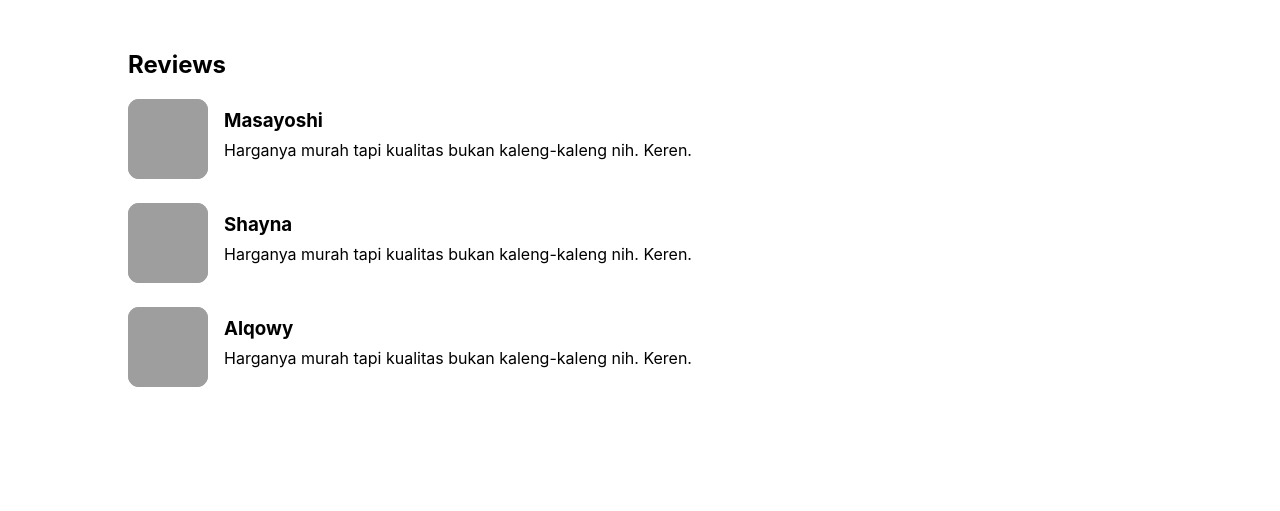
Repository: syawal2kalii/basic-react-2xp
Page: /
These files come from the project's save history. The page is drawn as it stood at one moment and after the next save; the edit follows.
The browser window is 1280 px wide. The pictures show the part of the page from y = 800 to 1311 px (the page is 1311 px tall).
Pictures or frames that could not be fetched are drawn as grey boxes. The project was rebuilt for these pictures with package versions that can differ from the ones it lists, and the page was loaded fresh each time.

Above is the page before, as saved 2020-06-17 23:29:20.

After the next save:
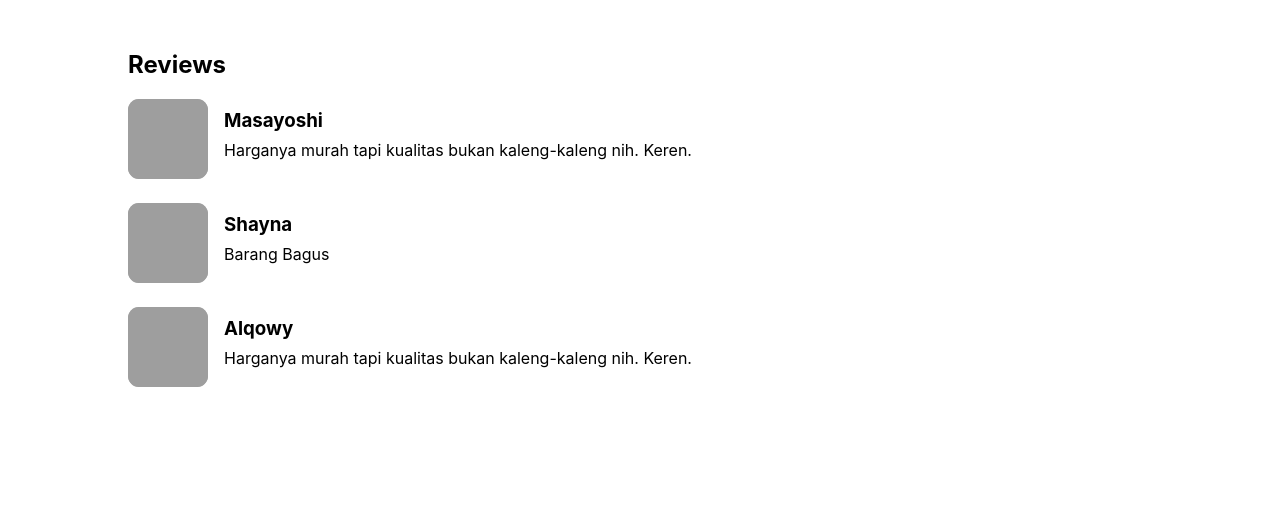
Saved 42 s later.
--- a/src/App.js
+++ b/src/App.js
@@ -78,7 +78,7 @@ function ReviewItems() {
     {
       "id": 2,
       "name": "Shayna",
-      "review": "Harganya murah tapi kualitas bukan kaleng-kaleng nih. Keren.",
+      "review": "Barang Bagus",
       "photo": "https://images.pexels.com/photos/764529/pexels-photo-764529.jpeg?auto=compress&cs=tinysrgb&dpr=2&w=500"
     },
     {
